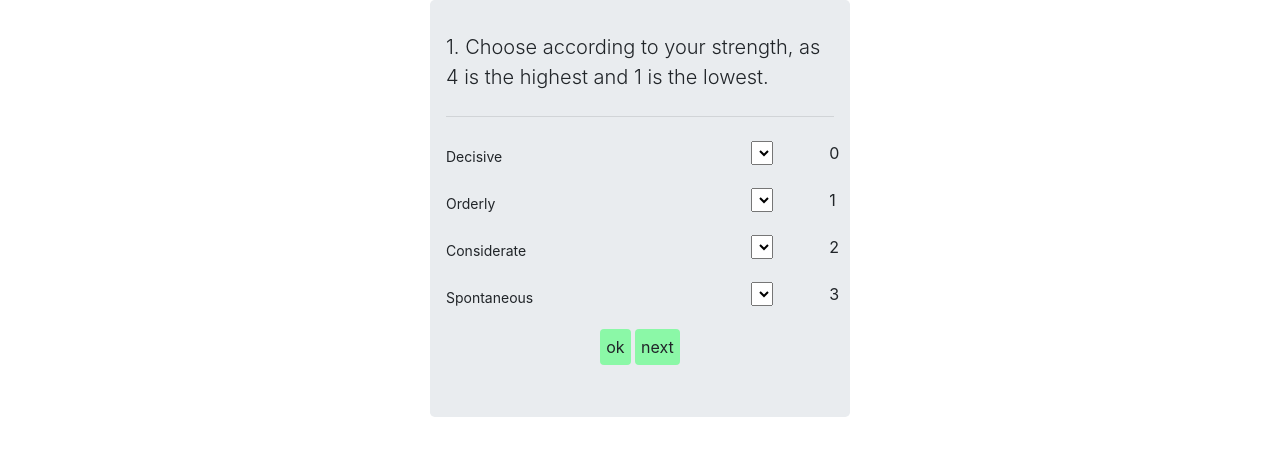
Repository: joroni/personality_test
Page: frontend/index.html
An editor plug-in stored every save of this project. The page is shown before and after the next save, followed by the edit.
The browser window is 1280 px wide. The pictures show the whole page.
Some web libraries are served in a nearby version.

Above is the page before, as saved 2020-09-08 06:20:05.

### frontend/index.html
<!DOCTYPE html>
  <html lang="en"  ng-app="quiz">
  <head>
    <meta charset="utf-8">
    <title>NewBiz Bootstrap Template</title>
    <meta content="width=device-width, initial-scale=1.0" name="viewport">
    <meta content="" name="keywords">
    <meta content="" name="description">

    <!-- Favicons
    <link href="img/favicon.png" rel="icon">
    <link href="img/apple-touch-icon.png" rel="apple-touch-icon">-->

    <!-- Google Fonts -->
    <link href="https://fonts.googleapis.com/css?family=Open+Sans:300,300i,400,400i,700,700i|Montserrat:300,400,500,700" rel="stylesheet">

    <!-- Bootstrap CSS File -->
    <link href="lib/bootstrap/css/bootstrap.min.css" rel="stylesheet">

    <!-- Libraries CSS Files -->
    <link href="lib/font-awesome/css/font-awesome.min.css" rel="stylesheet">
    <link href="lib/animate/animate.min.css" rel="stylesheet">
    <link href="lib/ionicons/css/ionicons.min.css" rel="stylesheet">
    <link href="lib/owlcarousel/assets/owl.carousel.min.css" rel="stylesheet">
    <link href="lib/lightbox/css/lightbox.min.css" rel="stylesheet">
    <link href="lib/bootstrap-slider/css/bootstrap-slider.css" rel="stylesheet">
    <!-- Main Stylesheet File -->
    <link href="css/style.css" rel="stylesheet">
  <script src="lib/angularjs/1.6.9/angular.min.js"></script>

  <link href="css/style.css" rel="stylesheet" type="text/css">
</head>

<body ng-controller="quizCtrl" ng-init="initData()">
<div class="container">

<!--

    Two items can not share the same value.
      <div ng-repeat="item2 in data2">
        <span>
          {{item2.name}}
        </span>
        <select ng-model="item2.value" ng-change="onChanged()" ng-options="choice for choice in possibleChoices">
        </select>
      </div>
    -->



 <div class="jumbotron">
    <!--<h1 class="display-4">QUIZ APPLICATION</h1>-->
    <p class="lead">{{questions.question}}</p>
    <hr class="my-4">
    <p class="lead">
      <div class="navi">
        <div id="{{QuestId}}">
            <div class="form-group row" ng-repeat="option in questions.options track by $index">
              <label for="A-{{qid}}" class="text-left col-sm-8 col-form-label col-form-label-sm">{{option.text}}</label>
              <div class="col-sm-3">


                   <select name="A-{{qid}}" ng-model="selectedColumn" ng-change="selectColumn(selectedColumn); choiceSequence(selectedColumn,{{QuestId}});" ng-options="obj.name for obj in priorities.value" ng-disabled="emptyArr">
                  </select>


              </div>
              <div class="col-sm-1">
                {{$index}}
              </div>
            </div>

             <!--   <div class="form-group">
                 <label for="formControlRange">Example Range input</label>
             <input type="range" min="1" max="4" value="0" class="form-control-range" id="formControlRange{{$index}}">
              <input type="{{buttonType}}" ng-value="{{ratingVal}}" ng-checked="onChange({{$index}})">{{option.text}}</li>
            </div>-->


            <div class="button">
              <input type="button" value="previous" class="btn" ng-show="isPrevious" ng-click="previousQuestion()">
              <input type="button" ng-model="selectedhead" value="ok" class="btn"  ng-click="turninAnswer('{{indexPoint}}');">
              <input type="button" value="next" class="btn" ng-show="isNext" ng-click="nextQuestion()">
            </div>



          </div>
      </div>

    </p>
  </div>

<!--
  <div class="question">
    <h1>QUIZ APPLICATION</h1>
    <h2>{{questions.question}}</h2>
    <div class="navi">
    <ul>
      <li ng-repeat="option in questions.options" style="list-style:none">
        <input type="{{buttonType}}" ng-value="{{ratingVal}}" ng-checked="onChange({{$index}})">{{option.text}}</li>
    </ul>
  </div>
  </div>-->

</body>
<script src="js/script.js"></script>
<script type='text/javascript' src="http://code.jquery.com/jquery-1.11.3.min.js"></script>
<script type='text/javascript' src="lib/bootstrap/js/bootstrap.min.js"></script>
 <!--<script src="lib/jquery/jquery.min.js"></script>
 <script src="lib/jquery/jquery-migrate.min.js"></script>
  <script src="lib/bootstrap/js/bootstrap.bundle.min.js"></script>
  <script type='text/javascript' src="lib/bootstrap-slider/js/bootstrap-slider.js"></script>-->
 <!-- <script src="lib/easing/easing.min.js"></script>
  <script src="lib/mobile-nav/mobile-nav.js"></script>
  <script src="lib/wow/wow.min.js"></script>
  <script src="lib/waypoints/waypoints.min.js"></script>
  <script src="lib/counterup/counterup.min.js"></script>
  <script src="lib/owlcarousel/owl.carousel.min.js"></script>
  <script src="lib/isotope/isotope.pkgd.min.js"></script>
  <script src="lib/lightbox/js/lightbox.min.js"></script>
  <script src="js/main.js"></script>-->

</html>

### frontend/css/style.css
* {}

body {}

.question {
  width: 70%;
  margin: 0 auto;
  height: auto;
  display: block;
  background: #eeeeee;
}

.question h1 {
  text-align: center;
  padding-top: 30px;
  color: #666666;
}

.question h2 {
  width: 100%;
  font-size: 22px;
  color: #0c1e5c;
  padding: 1% 3% 0% 3%;
}

.slider.slider-horizontal .slider-tick-label-container .slider-tick-label {
  display: none;
  text-align: center;
}
/*
.question ul:nth-child(odd) {
  background: #d0dff6;
  width: 30%;
  padding: 8px;
  margin: 1% 9%;
  display: inline-block;
  color: #0c1e5c;
}

.question ul:nth-child(even) {
  background: #d0dff6;
  width: 30%;
  padding: 8px;
  margin: 1% 9%;
  display: inline-block;
  color: #0c1e5c;
}
*/

.button {
  text-align: center;
  margin: 1% 0;
}

.btn {
  background: #8bf8a7;
  padding: 5px;
}



.navi {
  text-align: center;
  display: table;
  width: 100%;
}
.navi ul { display: table-row; }
.navi li { display: table-cell; width: 20%; }
.navi li a { display: block; border: 1px solid #000; }


.jumbotron {
  padding: 2rem 1rem;
  margin-bottom: 2rem;
  background-color: #e9ecef;
  border-radius: .3rem;
  max-width: 420px;
  margin: 0 auto;
}

### frontend/js/script.js
var app = angular.module("quiz", [])
app.controller("quizCtrl", function ($scope) {
  $scope.numprio = 5;
  $scope.datavalue = [];
  $scope.runningData = [];
  $scope.qid = 1;
  $scope.QuestId = 'Q-' + $scope.qid;
  $scope.data = [{
      question: "1. Choose according to your strength, as 4 is the highest and 1 is the lowest.",
      type: "multiple",
      priorities: [{4:"4"}, {3:"3"}, {2:"2"}, {1:"1"}],
      options: [{
          text: "Decisive",
          priority: 1,
        },
        {
          text: "Orderly",
          priority: 2,
        },
        {
          text: "Considerate",
          priority: 3,
        },
        {
          text: "Spontaneous",
          priority: 4,
        }
      ]
    },
    {

      question: "2.  Choose according to your strength, as 4 is the highest and 1 is the lowest.",
      type: "multiple",
       priorities: [{4:"4"}, {3:"3"}, {2:"2"}, {1:"1"}],
      options: [{
          text: "Results",
          priority: 0,
        },
        {
          text: "Systems",
          priority: 0,
        },
        {
          text: "Support",
          priority: 0,
        },
        {
          text: "Inspiration",
          priority: 0,
        }
      ]
    },
    {
      question: "3.  Choose according to your strength, as 4 is the highest and 1 is the lowest.",
      type: "multiple",
       priorities: [{4:"4"}, {3:"3"}, {2:"2"}, {1:"1"}],
      options: [{
          text: "Destination",
          priority: 1,
        },
        {
          text: "Schedule",
          priority: 2,
        },
        {
          text: "Journey",
          priority: 3,
        },
        {
          text: "Dream",
          priority: 4,
        }
      ]
    },
    {
      question: "4.  Choose according to your strength, as 4 is the highest and 1 is the lowest.",
      type: "multiple",
       priorities: [{4:"4"}, {3:"3"}, {2:"2"}, {1:"1"}],
      options: [{
          text: "Blunt	",
          priority: 0,
        },
        {
          text: "Critical",
          priority: 0,
        },
        {
          text: "Hesitant",
          priority: 0,
        },
        {
          text: "Easily Distracted",
          priority: 0,
        }
      ]
    }
  ];
  // $scope.headers = ["foo", "bar", "baz"];
  //let  priItems= [{ "value": 4, "text": "4" }, { "value": 3, "text": "3" }, { "value": 2, "text": "2" }, { "value": 4, "text": "1" }];
  //$scope.priorities = JSON.parse(JSON.stringify(priItems));
  $scope.initData = function () {
    $scope.source = JSON.parse(JSON.stringify($scope.data));
    let srcData = $scope.source;
    for (let i = 0; i < srcData.length; i++) {
      console.log('srcData', srcData[i]);
      $scope.datavalue.push(srcData[i]);
      $scope.priorities = $scope.datavalue[i].priorities;
     // console.log('data', $scope.datavalue[i]);
      console.log('priorities', $scope.priorities);
    }

  }

  //$scope.priorities = [4,3,2,1];
  /* $scope.priorities = $scope.datavalue.priorities;*/
  $scope.selectedColumn = {};
  $scope.selValue = $scope.selValue;
  $scope.selectedhead =  this.$index;
  $scope.emptyArr = false;
  $scope.selectColumn = function (selectedhead) {

    console.log('selected head', selectedhead);
   // console.log('selected column', $scope.selectedColumn);
    //let shead = questionId+selectedhead;
    // $scope.fileData.headers.splice(selectedhead);
    $scope.runningData.push(selectedhead);
    sessionStorage.setItem('quizItem', '['+$scope.runningData+']');
    $scope.priorities = $scope.priorities.filter(function (item) {
      console.log('item', item);
      return !selectedhead || !angular.equals(item, selectedhead);
      // return !shead || !angular.equals(item, shead);
    });
    console.log('priority', $scope.priorities);
    if ($scope.priorities == "") { // this disables the <select> tag
      $scope.emptyArr = true;
    }

  }


  $scope.turninAnswer = function(questionhead){

    var text = questionhead;
    var integer = parseInt(text, 10);
// returns 42
    //$scope.data = $scope.data.filter(function (ans) {
      console.log('answer', integer);
      //return selectedhead || angular.equals(ans, selectedhead);
      // return !shead || !angular.equals(item, shead);
  //  });


  }

  $scope.index = 0;
  $scope.questions = $scope.data[$scope.index];
  $scope.buttonType = $scope.questions.type == 'multiple' ? 'checkbox' : 'radio';
  $scope.isPrevious = false;
  $scope.isNext = true;
  $scope.indexPoint = $scope.index;
  console.log('questions ', $scope.data);

  $scope.nextQuestion = function () {
    if ($scope.index < 3) {
      $scope.index = $scope.index + 1;
      $scope.questions = $scope.data[$scope.index];
      $scope.qid = $scope.index + 1;

      $scope.buttonType = $scope.questions.type == 'multiple' ? 'checkbox' : 'radio';
      $scope.isPrevious = true;
      console.log($scope.data[$scope.index]);
      if ($scope.index == 3) {
        $scope.isNext = false;
      }
    } else {
      // disble next botton logic
      $scope.isNext = false;
    }
    $scope.emptyArr = false;
   // $scope.initData();
  }


  $scope.possibleChoices = ["", 1, 2, 3, 4];

  $scope.data2 = [];

  for (var i = 0; i < 5; i++) {
    $scope.data2[i] = {};
    $scope.data2[i].value = "";
    $scope.data2[i].name = "Item " + (i + 1);
  }

  $scope.onChanged = function () {
    var currentItem = this.item2;
    angular.forEach($scope.data2, function (listItem) {
      if (listItem !== currentItem && listItem.value === currentItem.value) {
        listItem.value = $scope.possibleChoices[0];
      }
    });
  }


  $scope.onChanged2 = function () {
    var currentItem = this.item;
    angular.forEach($scope.data, function (listItem) {
      if (listItem !== currentItem && listItem.value === currentItem.value) {
        listItem.value = $scope.possibleChoices[0];
      }
    });
  }

  $scope.previousQuestion = function () {
    if ($scope.index > 0) {
      $scope.index = $scope.index - 1;
      $scope.qid = $scope.qid - 1;
      $scope.questions = $scope.data[$scope.index];
      $scope.buttonType = $scope.questions.type == 'multiple' ? 'checkbox' : 'radio';
      $scope.isNext = true;
      if ($scope.index == 0) {
        $scope.isPrevious = false;
      }
    } else {
      // disble next botton logic
      $scope.isPrevious = false;
    }
  }

  $scope.choiceSequence = function (selectedColumn) {
    $scope.selValue = selectedColumn;
    questionId = $scope.QuestId;
    $scope.datavalue = $scope.data;
    /*  if($scope.selValue == null){
        $scope.selValue = selectedColumn;
      }*/
    /* console.log('selected',$scope.selValue);

     var obj = {
       'priority': selectedColumn,
       'questionid':questionId

     };*/

    //  $scope.datavalue.push(obj);
    console.log('datavalue', $scope.datavalue);

  }



  $scope.choiceUnique = function (val) {
    // myValue = $scope.ratingVal;
    $scope.ratingVal = val;
    //$scope.numprio++;
    /* if ($scope.numprio == 0) {
           $scope.numprio++;
       }*/

    console.log($scope.ratingVal);
  }


  $scope.max = 4;
  $scope.ratingVal = 0;
  $scope.readonly = false;
  $scope.onHover = function (val) {
    $scope.hoverVal = val;
  };
  $scope.onLeave = function () {
    $scope.hoverVal = null;
  }
  $scope.onChange = function (val) {
    $scope.ratingVal = val;
    console.log($scope.ratingVal);
  }



});

Loaded but not shown: frontend/lib/bootstrap/css/bootstrap.min.css (library); frontend/lib/font-awesome/css/font-awesome.min.css (library); frontend/lib/animate/animate.min.css (library); frontend/lib/ionicons/css/ionicons.min.css (library); frontend/lib/owlcarousel/assets/owl.carousel.min.css (library); frontend/lib/lightbox/css/lightbox.min.css (common file); frontend/lib/bootstrap-slider/css/bootstrap-slider.css (library); frontend/lib/angularjs/1.6.9/angular.min.js (library); frontend/lib/bootstrap/js/bootstrap.min.js (library)

After the next save:
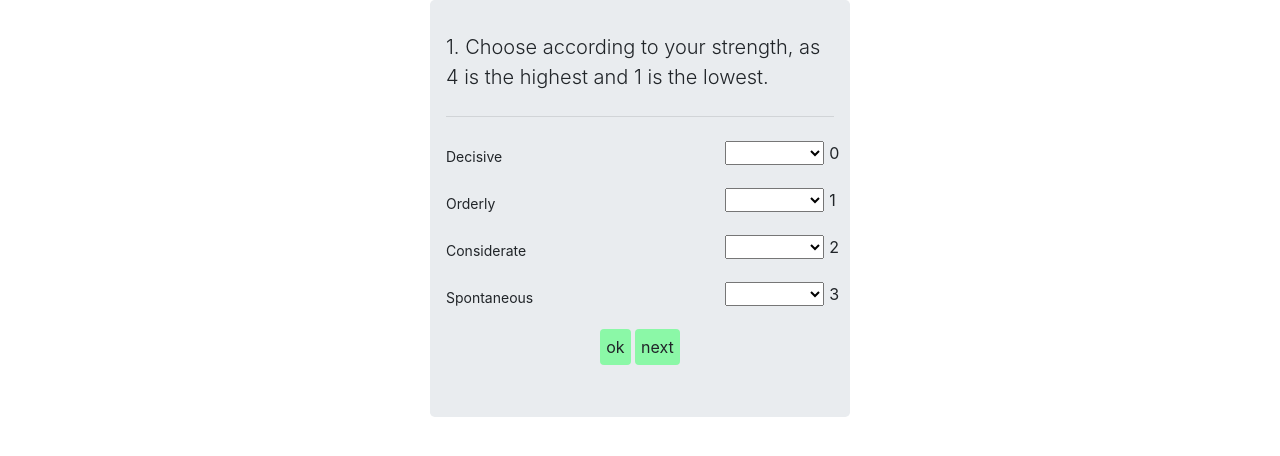
Saved 115 s later.
--- a/frontend/index.html
+++ b/frontend/index.html
@@ -60,7 +60,7 @@
               <div class="col-sm-3">
 
 
-                   <select name="A-{{qid}}" ng-model="selectedColumn" ng-change="selectColumn(selectedColumn); choiceSequence(selectedColumn,{{QuestId}});" ng-options="obj.name for obj in priorities.value" ng-disabled="emptyArr">
+                   <select name="A-{{qid}}" ng-model="selectedColumn" ng-change="selectColumn(selectedColumn); choiceSequence(selectedColumn,{{QuestId}});" ng-options="obj.value as obj.text for obj in priorities" ng-disabled="emptyArr">
                   </select>
 
 
